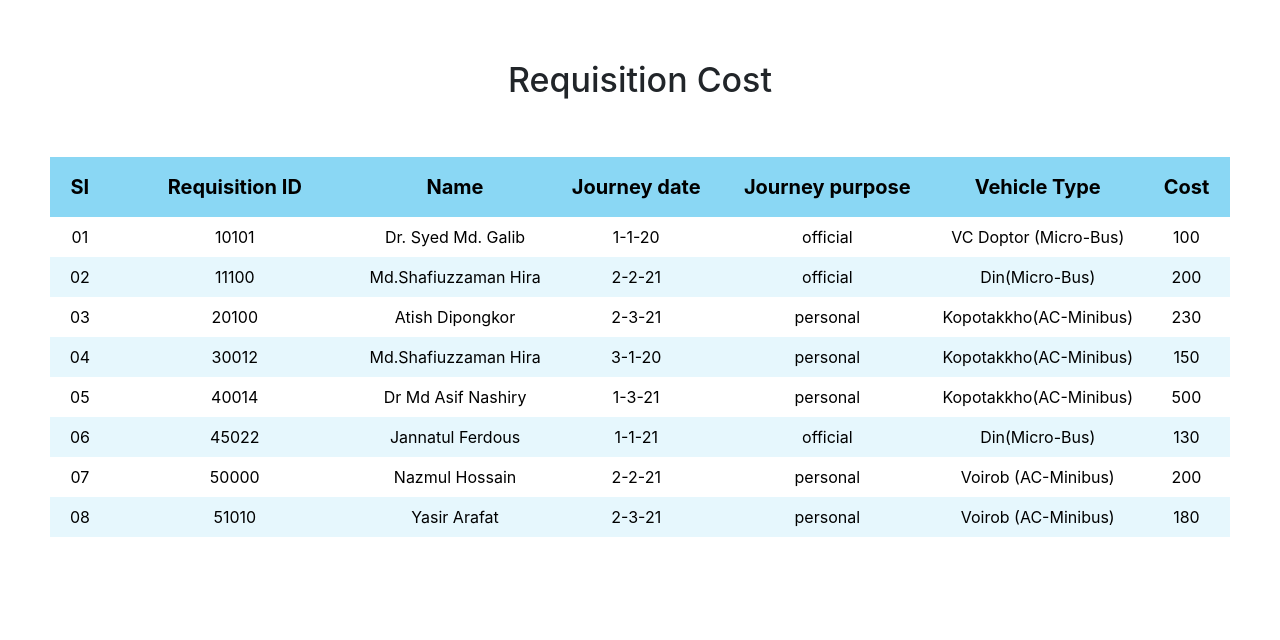
Repository: SMJNayeem/just-vms_project
Page: Front-End/html/Admin_cost.html
The author's editor kept a copy of each file at every save. The page is drawn from the files as they stood at one save, then again after the next save.
The browser window is 1280 px wide. The pictures show the whole page.

Above is the page before, as saved 2021-03-26 12:36:48.

### Front-End/html/Admin_cost.html
<!DOCTYPE html>
<html>

<head>
	<title> Admin cost </title>
</head>
<meta charset="UTF-8">
<meta http-equiv="X-UA-Compatible" content="IE=edge">
<meta name="viewport" content="width=device-width, initial-scale=1.0">
<title>My Cost</title>
<link rel="stylesheet" href="https://cdn.jsdelivr.net/npm/bootstrap@4.6.0/dist/css/bootstrap.min.css"
	integrity="sha384-B0vP5xmATw1+K9KRQjQERJvTumQW0nPEzvF6L/Z6nronJ3oUOFUFpCjEUQouq2+l" crossorigin="anonymous">
<link rel="preconnect" href="https://fonts.gstatic.com">
<link href="https://fonts.googleapis.com/css2?family=Roboto:wght@300;400;500;700&display=swap" rel="stylesheet">
<link rel="stylesheet" href="../CSS/Admin_cost.css">
<link rel="stylesheet" href="../CSS/navbar.css">

<body>
	<div class="mainTable">
		<h1> Requisition Cost </h1>
		<br><br>

		<table cellspacing="5">
			<thead>
				<th> SI </th>
				<th> Requisition ID </th>
				<th> Name </th>
				<th> Journey date </th>
				<th> Journey purpose </th>
				<th> Vehicle Type </th>
				<th> Cost </th>
			</thead>
			<tr>
				<td> 01 </td>
				<td> 10101 </td>
				<td> Dr. Syed Md. Galib </td>
				<td> 1-1-20 </td>
				<td> official </td>
				<td> VC Doptor (Micro-Bus) </td>
				<td> 100 </td>
			</tr>
			<tr>
				<td> 02 </td>
				<td> 11100 </td>
				<td> Md.Shafiuzzaman Hira </td>
				<td> 2-2-21 </td>
				<td> official </td>
				<td> Din(Micro-Bus) </td>
				<td> 200 </td>
			</tr>
			<tr>
				<td> 03 </td>
				<td> 20100 </td>
				<td> Atish Dipongkor </td>
				<td> 2-3-21 </td>
				<td> personal </td>
				<td> Kopotakkho(AC-Minibus) </td>
				<td> 230 </td>
			</tr>
			<tr>
				<td> 04 </td>
				<td> 30012 </td>
				<td> Md.Shafiuzzaman Hira </td>
				<td> 3-1-20 </td>
				<td> personal </td>
				<td> Kopotakkho(AC-Minibus) </td>
				<td> 150 </td>

			</tr>
			<tr>
				<td> 05 </td>
				<td> 40014 </td>
				<td> Dr Md Asif Nashiry </td>
				<td> 1-3-21 </td>
				<td> personal </td>
				<td> Kopotakkho(AC-Minibus) </td>
				<td> 500 </td>

			</tr>
			<tr>
				<td> 06 </td>
				<td> 45022 </td>
				<td> Jannatul Ferdous </td>
				<td> 1-1-21 </td>
				<td> official </td>
				<td> Din(Micro-Bus) </td>
				<td> 130 </td>

			</tr>
			<tr>
				<td> 07 </td>
				<td> 50000 </td>
				<td> Nazmul Hossain </td>
				<td> 2-2-21 </td>
				<td> personal </td>
				<td> Voirob (AC-Minibus) </td>
				<td> 200 </td>
			</tr>
			<tr>
				<td> 08 </td>
				<td> 51010 </td>
				<td> Yasir Arafat </td>
				<td> 2-3-21 </td>
				<td> personal </td>
				<td> Voirob (AC-Minibus) </td>
				<td> 180 </td>
			</tr>
		</table>
	</div>
</body>

</html>

### Front-End/css/Admin_cost.css
* {
    padding: 0;
    margin: 0;
}

ul,
ol {
    list-style: none;

}

a,
a:hover {
    text-decoration: none;
}

img {
    vertical-align: middle;
}

/* common css end */



table{
	margin: 15px;
	padding: 10px;
	border: 20px;
	width: 100%;
	border-collapse:collapse;
	margin: auto;
}
table thead th{
	border: 20px;
	color: black;
	padding: 15px 20px;
	font-size: 20px;
	text-align: center;
}
table tr td{
	background-color:white-space;
	color: black;
	padding: 8px;
	font-size: 16px;
	border: none;
	text-align: center;
}
table tr:nth-child(even){
	background-color: #e6f7fd;
}
table tr:hover{
	background: #8ad7f4;
	transition: 0.5s;
}
table tr:hover td{
	color: white;
}
h1{
	text-align: center;
	font-size: 34px;
}
table tr td:nth-child(2){
	width: 250px;
	text-align: center;

}
.mainTable {
    margin: 60px 50px 50px 50px;
}
thead {
    background: #8ad7f4;
}

### Front-End/css/navbar.css
* {
    padding: 0;
    margin: 0;
}

ul,
ol {
    list-style: none;

}

a,
a:hover {
    text-decoration: none;
}

img {
    vertical-align: middle;
}

/* common css end */







/* Navbar */
.header{
    width: 100%;


}
.navbar{
    top: 0;
    left: 0;
    width: 100%;
    padding: 4px 2%;
    background-color: #fff;
    transition: all linear 0.3s;
    z-index: 999;
    box-shadow: 0px 5px 4px rgba(128, 128, 128, 0.387);
}
.logo{
    width: 70px;
    height: 70px;
}
.header .navbar a{
    display: flex;
}
.textlogo{
    height: 70px;
    width: 70px;
    margin-left: 20px;
}
.textlogofirst{
    font-family: 'Roboto', sans-serif;
    font-size: 25px;
    font-weight: 700;
}
.textlogosecond{
    font-family: 'Roboto', sans-serif;
    font-size: 18px;
    font-weight: 300;
}
.navicon{
    height: 35px;
    width: 135px;
    text-align: left;
    line-height: 30px;
    padding-left: 15px;
    padding-top: 3px;
    border-radius: 20px 10px 10px 20px;
    background-image: linear-gradient(to right,rgb(48, 185, 235),rgba(255, 255, 255,0.09));
    color: #000;
    font-family: 'Roboto', sans-serif;
    font-size: 15px;
    font-weight: 400;
}


/* navbar ENDS*/

After the next save:
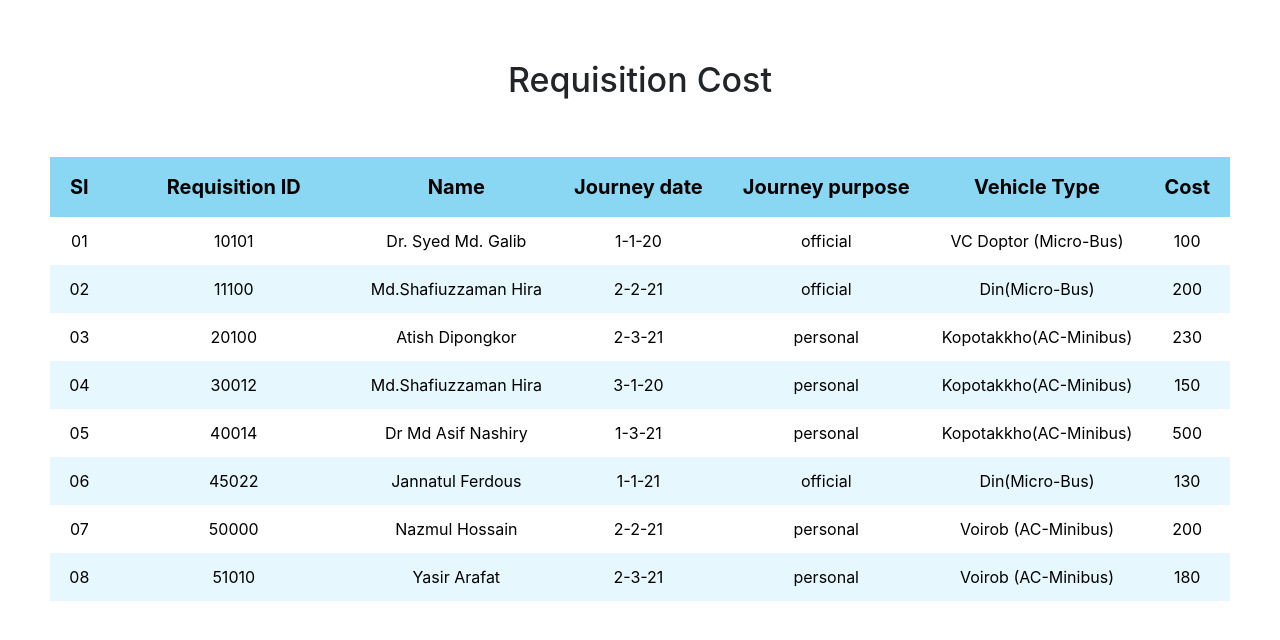
Saved 5 min 10 s later.
--- a/Front-End/css/Admin_cost.css
+++ b/Front-End/css/Admin_cost.css
@@ -40,7 +40,7 @@ table thead th{
 table tr td{
 	background-color:white-space;
 	color: black;
-	padding: 8px;
+	padding: 12px;
 	font-size: 16px;
 	border: none;
 	text-align: center;
